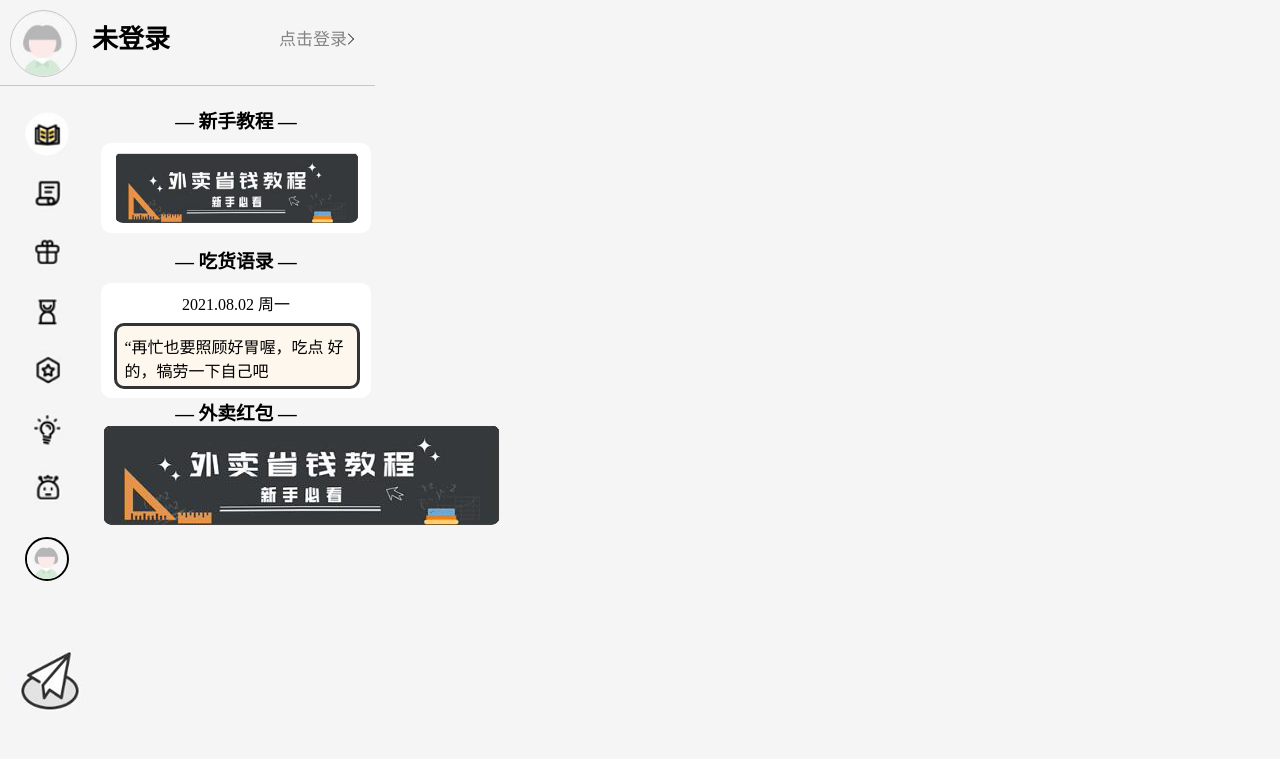
Repository: Privatexiao/projects
Page: Takeout assistant/index.html
The author's editor kept a copy of each file at every save. The page is drawn from the files as they stood at one save, then again after a run of saves.
The browser window is 1280 px wide. The pictures show the whole page.

Above is the page before, as saved 2021-08-02 17:26:58.

### Takeout assistant/index.html
<!DOCTYPE html>
<html lang="en">
<head>
    <meta charset="UTF-8">
    <meta http-equiv="X-UA-Compatible" content="IE=edge">
    <meta name="viewport" content="width=device-width, initial-scale=1.0">
    <script src="js/vue.js" type="text/javascript"></script>
    <script src="js/require.js" type="text/javascript"></script>
    <link href="css/index.css"  rel="stylesheet" type="text/css">
    <title>Document</title>
</head>
<body>
    <div id="app">
        <div class="bar">
            <div class="HeadPortrait"><a href="javaScript:"><img :src="userInfo.avatar"></div><span class="NoHeadPortrait">{{NoHeadPortrait}}</span></a>
            <div class="TheLogin">
                <a href="javaScript:">{{HeadPortrait}}<img src="img/Put It away.png"></a>
            </div>
        </div>
        <div class="LeftBar">
            <ul>
                <!-- <li v-for="(item, index) of list"
                    :key="index"
                    :class="{active:index == num}"
                    @click="addClassName(index)"
        >

        <img v-show="num!=index" :class="item.icon" src="img/新手教程.png"></img>
        <img v-show="num==index" :class="item.active" src="img/新手教程two.png"></img>

        <img v-show="num!=index" :class="item.icon" src="img/吃货语录.png"></img>
        <img v-show="num==index" :class="item.active" src="img/吃货语录two.png"></img>

        <img v-show="num!=index" :class="item.icon" src="img/外卖红包.png"></img>
        <img v-show="num==index" :class="item.active" src="img/外卖红包two.png"></img>

        <img v-show="num!=index" :class="item.icon" src="img/饭补活动.png"></img>
        <img v-show="num==index" :class="item.active" src="img/饭补活动two.png"></img>

        <img v-show="num!=index" :class="item.icon" src="img/大作战.png"></img>
        <img v-show="num==index" :class="item.active" src="img/大作战two.png"></img>

        <img v-show="num!=index" :class="item.icon" src="img/今天吃什么.png"></img>
        <img v-show="num==index" :class="item.active" src="img/今天吃什么two.png"></img>

                </li> -->
                <li><a href="#top1"><img src="img/新手教程two.png"></a></li>
                <li><a href="#top2"><img src="img/吃货语录.png"></a></li>
                <li><a href="#top3"><img src="img/外卖红包.png"></a></li>
                <li><a href="#top4"><img src="img/饭补活动.png"></a></li>
                <li><a href="#top5"><img src="img/大作战.png"></a></li>
                <li><a href="#top6"><img src="img/今天吃什么.png"></a></li>
                <li><a href="#top7"><img src="img/客服微信.png"></a></li>
                <li class="fot1"><a href="#top8"><img src="img/头像.png"></a></li>
                <li class="fot2"><a href="#top9"><img src="img/小飞机.png"></a></li>
            </ul>
        </div>

        <div class="TheTutorial"><a name="top1">
            <h3>—&nbsp;新手教程&nbsp;—</h3>
            <div class="xsjc_bj"><img src="img/新手教程nr.png"></div>
        </a></div>

        <div class="VersionQuotation"><a name="top2">
            <h3>—&nbsp;吃货语录&nbsp;—</h3>
            <div class="chyl_bj">
                <p>2021.08.02&nbsp;周一</p>
                <div class="chyl_nr">
                    <p>“再忙也要照顾好胃喔，吃点&nbsp;好的，犒劳一下自己吧</p>
                </div>
        </a></div>

        <div class="take_out"><a name="top3">
            <h3>—&nbsp;外卖红包&nbsp;—</h3>
            <div class="wmhb_bj">
                <img src="img/新手教程nr.png"></div>
        </a></div>
    </div>



    <script>
        let app = new Vue({
            el:'#app',
            data:{
                NoHeadPortrait:"未登录",
                HeadPortrait:"点击登录",
                userInfo:{
                    avatar:'img/头像.png'
                },

    //     list: [
    //     {
    //       icon: "iconfont icon-wode",  //原始显示的图标
    //       active: "iconfont icon-shouye", //点击之后要显示的图标
    //     },
    //     {
    //     icon: "iconfont icon-icon",
    //     active: "iconfont icon-gouwuche",
    //     },
    //     {
    //     icon: "iconfont icon-gouwuche",
    //     active: "iconfont icon-icon",
    //     },
    //     {
    //     icon: "iconfont icon-wode",
    //     active: "iconfont icon-shouye",
    //     }
    // ],
    // num: 0,
    // tabName: ""
    // },
    // methods: {
    // addClassName: function(index) {
    //     console.log(index);
    //     this.num = index;
    // }

            }
        })
    </script>
</body>
</html>

### Takeout assistant/css/index.css
/* 全局配置 */
body{
    width: 375px;
    height: 667px;
    min-width: 375px;
    background-color: rgb(245,245,245);
}
a{
    text-decoration: none;
    color: black;
}
*{
    padding: 0;
    margin: 0;
}
ul,ol{
    list-style: none;
}

/* 上面状态栏 */
.bar {
    width: 100%;
    height: 85px;
    float: left;
    border-bottom: 1px solid rgba(136, 136, 136, 0.438);
}
/* 头像 */
.bar .HeadPortrait img{
    margin: 10px 0 0 10px;
    float: left;
    width: 65px;
    height: 65px;
    border: 1px solid rgba(136, 136, 136, 0.438);
    border-radius: 50%;
}
/* 未登录 */
.bar .NoHeadPortrait{
    float: left;
    font-size: 26px;
    font-weight:bold;
    line-height: 80px;
    margin-left: 15px;
}
/* 点击登录 */
.bar .TheLogin a{
    float: right;
    line-height: 80px;
    font-size: 17px;
    margin-right: 20px;
    color: rgba(114, 114, 114, 0.87);
}

/* 左边图标状态栏 */
.LeftBar{
    margin: 15px 0 15px 15px;
    float: left;
}
.LeftBar ul li{
    margin: 10px 0 10px 10px;
    cursor: pointer;
}
.LeftBar ul li img{
    width: 45px;
    height: 45px;
}
.LeftBar ul .fot1 img{
    width: 40px;
    height: 40px;
    border: 2px solid black;
    border-radius: 50%;
    margin-top: 13px;
}
.LeftBar ul .fot2 img{
    width: 80px;
    height: 80px;
    margin: 45px 10px 10px -15px;
}


/* 新手教程 */
.TheTutorial{
    float: left;
    margin: 20px 1px 10px 1px;
    width: 270px;
    height: 90px;
}
/* 新手教程背景白色图片 */
.TheTutorial .xsjc_bj{
    margin-top: 10px;
    background-color: white;
    width: 270px;
    height: 90px;
    text-align: center;
    border-radius: 10px;
}
/* 新手教程标题 */
.TheTutorial h3,
.VersionQuotation h3,
.take_out h3{
    text-align: center;
}
/* 新手教程内容图片 */
.TheTutorial .xsjc_bj img{
    padding-top: 10px;
    width: 245px;
    height: 70px;
    border-radius: 9px;
}


/* 吃货语录 */
.VersionQuotation{
    float: left;
    margin: 40px 1px 10px 1px;
    width: 270px;
    height: 90px;
}
/* 时间调整 */
.VersionQuotation p{
    text-align: center;
    padding: 8px;
}
/* 白色背景 */
.VersionQuotation .chyl_bj{
    margin-top: 10px;
    background-color: white;
    width: 270px;
    height: 115px;
    text-align: center;
    border-radius: 10px;
}
/* 文字背景 */
.VersionQuotation .chyl_nr{
    background-color: rgb(253,247,237);
    width: 240px;
    height: 60px;
    border-radius: 10px;
    border: 3px solid rgb(51,51,51);
    margin-left: 12.5px;
}
/* 内容调整 */
.VersionQuotation .chyl_nr p{
    text-align: left;
}

Loaded but not shown: Takeout assistant/js/vue.js (library); Takeout assistant/js/require.js (2145 lines, source omitted)

After the next 3 saves:
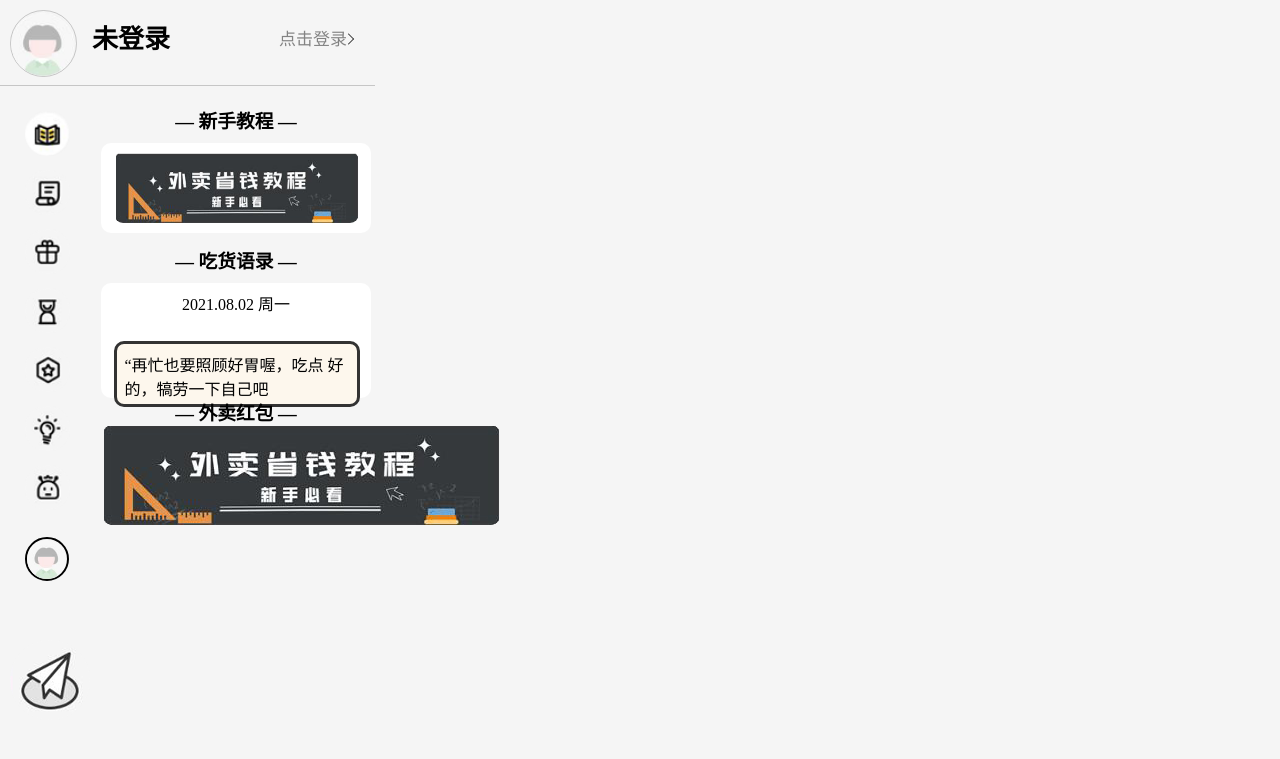
The 3 saves are shown as one change because they came seconds apart.
The last was saved 98 s later.
--- a/Takeout assistant/index.html
+++ b/Takeout assistant/index.html
@@ -64,7 +64,7 @@
         <div class="VersionQuotation"><a name="top2">
             <h3>—&nbsp;吃货语录&nbsp;—</h3>
             <div class="chyl_bj">
-                <p>2021.08.02&nbsp;周一</p>
+                <p>2021.08.02&nbsp;周一</p><img src="">
                 <div class="chyl_nr">
                     <p>“再忙也要照顾好胃喔，吃点&nbsp;好的，犒劳一下自己吧</p>
                 </div>
